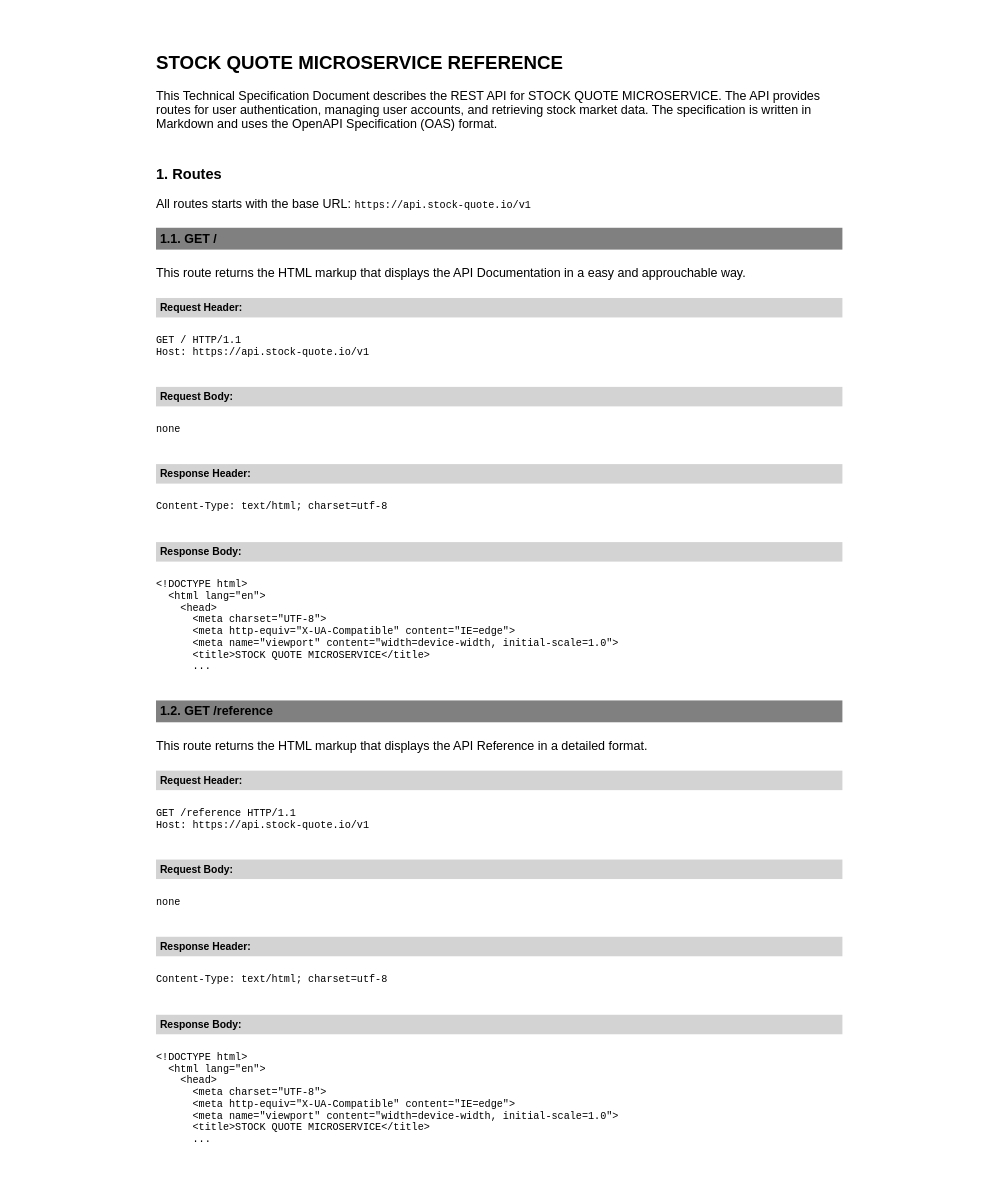
Repository: miguelamello/nest-js
Page: stock-service/reference.html
These files come from the project's save history. The page is drawn as it stood at one moment and after a run of saves; the edit follows.
The browser window is 1280 px wide. The pictures show the whole page, at 78% of full size.

Above is the page before, as saved 2023-04-03 13:55:46.

### stock-service/reference.html
<!DOCTYPE html>
<html lang="en">
<head>
  <meta charset="UTF-8">
  <meta http-equiv="X-UA-Compatible" content="IE=edge">
  <meta name="viewport" content="width=device-width, initial-scale=1.0">
  <title>STOCK QUOTE MICROSERVICE REFERENCE</title>
  <style>
    body {
      font-family: Arial, Helvetica, sans-serif;
      padding: 3% 15%;
    }
    h3 {
      margin-top: 5%;
    }
    H4 {
      padding: 5px;
      background-color: grey;
    }
    H5 {
      padding: 5px;
      background-color: lightgrey;
    }
    pre {
      margin: 0;
      overflow: auto;
    }
  </style>
</head>
<body>
  <h2>STOCK QUOTE MICROSERVICE REFERENCE</h2>
  <p>
    This Technical Specification Document describes the REST API for STOCK QUOTE MICROSERVICE.
    The API provides routes for user authentication, managing user accounts, and retrieving stock market data.
    The specification is written in Markdown and uses the OpenAPI Specification (OAS) format.
  </p>

  <p>
    <h3>1. Routes</h3>
    <p>
      All routes starts with the base URL: <code>https://api.stock-quote.io/v1</code>
    </p>
  </p>

  <!-- 1.1. GET /  -->
  <p>
    <h4>1.1. GET /</h4>
    This route returns the HTML markup that displays the API
    Documentation in a easy and approuchable way.
  </p>
  <h5>Request Header:</h5>
  <pre>
GET / HTTP/1.1
Host: https://api.stock-quote.io/v1
  </pre>

  <h5>Request Body:</h5>
  <pre>
none
  </pre>

  <h5>Response Header:</h5>
  <pre>
Content-Type: text/html; charset=utf-8
  </pre>

  <h5>Response Body: </h5>

  <pre>
&lt;!DOCTYPE html&gt;
  &lt;html lang="en"&gt;
    &lt;head&gt;
      &lt;meta charset="UTF-8"&gt;
      &lt;meta http-equiv="X-UA-Compatible" content="IE=edge"&gt;
      &lt;meta name="viewport" content="width=device-width, initial-scale=1.0"&gt;
      &lt;title&gt;STOCK QUOTE MICROSERVICE&lt;/title&gt;
      ...
  </pre>

  <!-- 1.2. GET /reference  -->
  <p>
    <h4>1.2. GET /reference</h4>
    This route returns the HTML markup that displays the API
    Reference in a detailed format.
  </p>
  <h5>Request Header:</h5>
  <pre>
GET /reference HTTP/1.1
Host: https://api.stock-quote.io/v1
  </pre>

  <h5>Request Body:</h5>
  <pre>
none
  </pre>

  <h5>Response Header:</h5>
  <pre>
Content-Type: text/html; charset=utf-8
  </pre>

  <h5>Response Body: </h5>

  <pre>
&lt;!DOCTYPE html&gt;
  &lt;html lang="en"&gt;
    &lt;head&gt;
      &lt;meta charset="UTF-8"&gt;
      &lt;meta http-equiv="X-UA-Compatible" content="IE=edge"&gt;
      &lt;meta name="viewport" content="width=device-width, initial-scale=1.0"&gt;
      &lt;title&gt;STOCK QUOTE MICROSERVICE&lt;/title&gt;
      ...
  </pre>

</body>
</html>

After the next 3 saves:
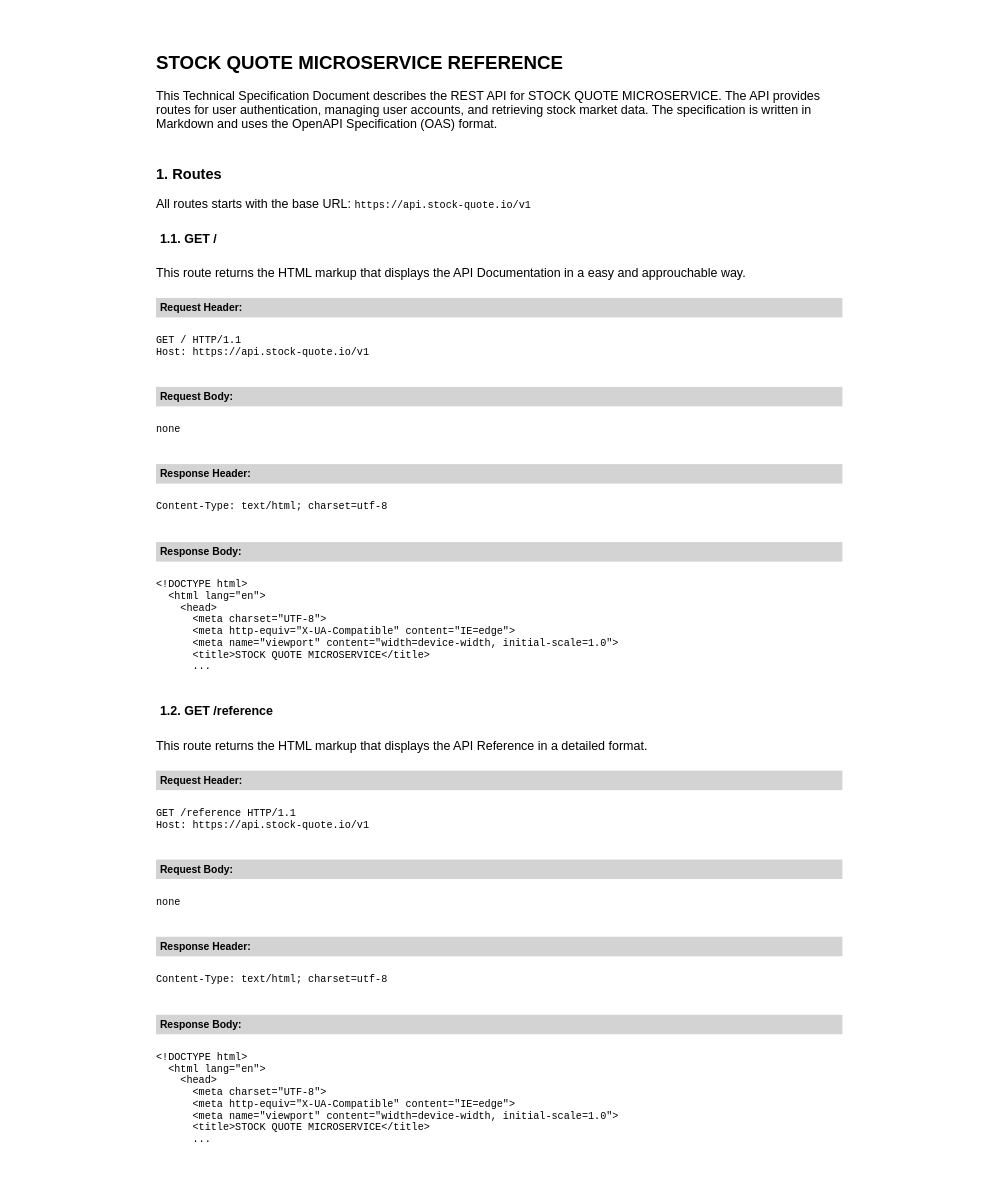
The 3 saves are shown as one change because they came seconds apart.
The last was saved 17 s later.
--- a/stock-service/reference.html
+++ b/stock-service/reference.html
@@ -15,7 +15,7 @@
     }
     H4 {
       padding: 5px;
-      background-color: grey;
+      background-color: medium;
     }
     H5 {
       padding: 5px;

After the 2 saves that followed:
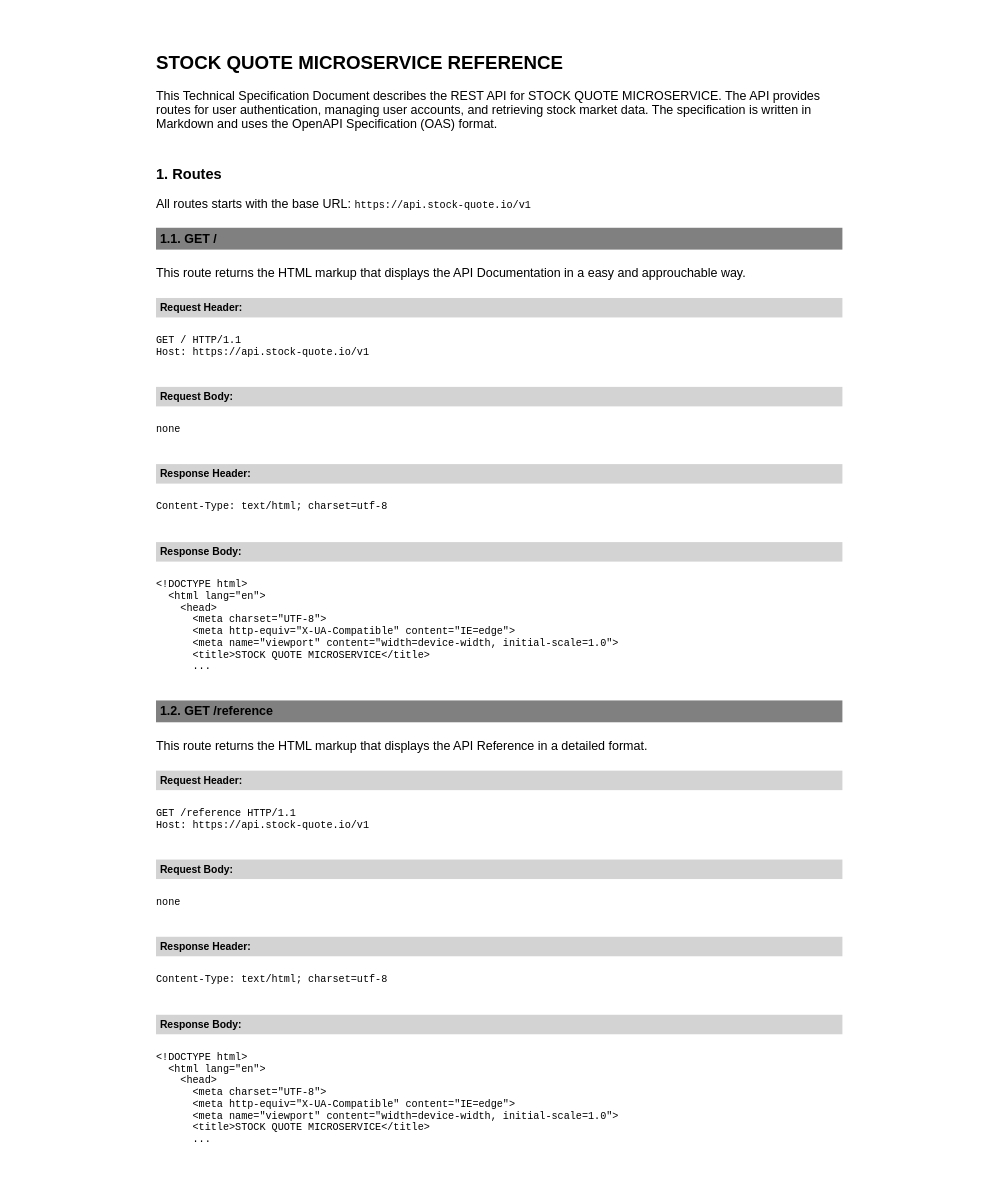
The 2 saves are shown as one change because 1 left the picture as it was.
The last was saved 18 s later.
--- a/stock-service/reference.html
+++ b/stock-service/reference.html
@@ -15,7 +15,7 @@
     }
     H4 {
       padding: 5px;
-      background-color: medium;
+      background-color: grey;
     }
     H5 {
       padding: 5px;
